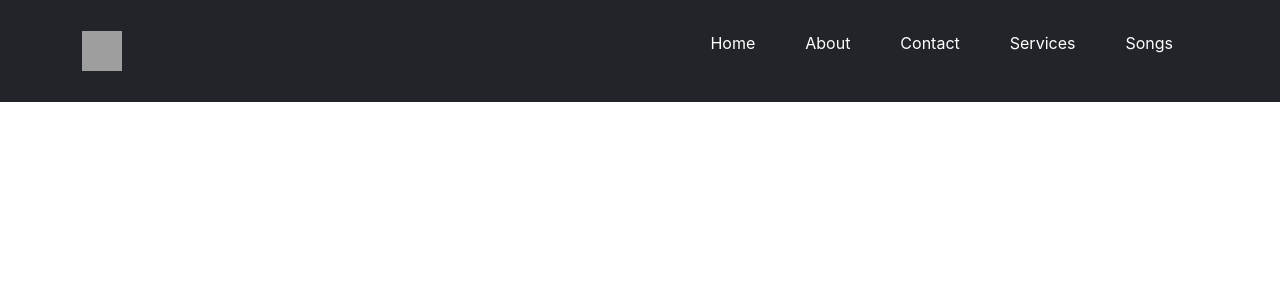
Repository: stephenkayade/cephas-musical
Page: / (app in cephas-musical/)
These files come from the project's save history. The page is drawn as it stood at one moment and after the next save; the edit follows.
The browser window is 1280 px wide. The pictures show the whole page.
Pictures or frames that could not be fetched are drawn as grey boxes. The project was rebuilt for these pictures with package versions that can differ from the ones it lists, and the page was loaded fresh each time. A package was used in the major version that the imports need, not the one package.json lists. Also part of the build but not shown: cephas-musical/src/components/Master.jsx.

Above is the page before, as saved 2021-03-09 05:05:11.

### cephas-musical/public/index.html
<!DOCTYPE html>
<html lang="en">
  <head>
    <meta charset="utf-8" />
    <link rel="icon" href="%PUBLIC_URL%/favicon.ico" />
    <meta name="viewport" content="width=device-width, initial-scale=1" />
    <meta name="theme-color" content="#000000" />
    <meta
      name="description"
      content="Web site created using create-react-app"
    />
    <link rel="apple-touch-icon" href="%PUBLIC_URL%/logo192.png" />
    <link rel="stylesheet" type="text/css" href="%PUBLIC_URL%/css/bootstrap.min.css">
    <link rel="stylesheet" type="text/css" href="%PUBLIC_URL%/css/custom.css">
    <!--
      manifest.json provides metadata used when your web app is installed on a
      user's mobile device or desktop. See https://developers.google.com/web/fundamentals/web-app-manifest/
    -->
    <link rel="manifest" href="%PUBLIC_URL%/manifest.json" />
    <!--
      Notice the use of %PUBLIC_URL% in the tags above.
      It will be replaced with the URL of the `public` folder during the build.
      Only files inside the `public` folder can be referenced from the HTML.

      Unlike "/favicon.ico" or "favicon.ico", "%PUBLIC_URL%/favicon.ico" will
      work correctly both with client-side routing and a non-root public URL.
      Learn how to configure a non-root public URL by running `npm run build`.
    -->
    <title>React App</title>
  </head>
  <body>
    <noscript>You need to enable JavaScript to run this app.</noscript>
    <div id="root"></div>
    <!--
      This HTML file is a template.
      If you open it directly in the browser, you will see an empty page.

      You can add webfonts, meta tags, or analytics to this file.
      The build step will place the bundled scripts into the <body> tag.

      To begin the development, run `npm start` or `yarn start`.
      To create a production bundle, use `npm run build` or `yarn build`.
    -->
  </body>
</html>

### cephas-musical/src/App.js
import React, { Suspense } from 'react'
import { BrowserRouter as Router, Switch, Route, Link } from "react-router-dom";
import Master from './components/Master';
import Home from './components/public/Home'
import { Ellipsis } from 'react-css-spinners'
const Homepage = React.lazy(() => import('./components/public/Home'));


const loading = () => {

  <div className="row" style={{ height: "100vh", width: "100%" }}>

    <div className="col-md-3 text-center mx-auto my-auto">
      {' '}
      <Ellipsis
        color="#2d3d4d"
        size={80}
      />
    </div>

  </div>


}

const App = () => {
  return (

      <Router>
        <Suspense fallback={loading}>

          <Switch>
            <Route path="/" component={Home} exact />
          </Switch>
          </Suspense>
      </Router>

  );
}

export default App;

### cephas-musical/src/components/public/Home.jsx
import React from 'react'
import Nav from '../partials/Nav'


const Home = () => {
    return(
        <>
            <Nav/>
        </>
    )
}

export default Home;

### cephas-musical/src/components/partials/Nav.jsx
import React from 'react';
import { BrowserRouter as Router, Switch, Route, Link } from 'react-router-dom';
import image from '../assets/cephas-logo.png'

import Navbox from './Navbox';

const Nav = () => {
    const Navlists = [
        {
            title: 'Home',
            LinkUrl: '/',
        },
        {
            title: 'About',
            LinkUrl: '/about',
        },
        {
            title: 'Contact',
            LinkUrl: '/contact',
        },
        {
            title: 'Services',
            LinkUrl: '/services',
        },
        {
            title: 'Songs',
            LinkUrl: '/songs',
        },
    ];
    return (
        <>
            <div className="container-fluid bg-dark p-3">
                <div className="navbar container d-flex align-items-center justify-content-between">
                    <img src={image} alt="logo image" className="logo-img" />
                    <ul className="d-flex navbox">
                        {Navlists.length > 0 ? (
                            Navlists.map((link) => (
                                <Navbox title={link.title} LinkUrl={link.LinkUrl} />
                            ))
                        ) : (
                                <>
                                    <div>populate with data</div>
                                </>
                            )}
                    </ul>
                </div>
            </div>
        </>
    );
};

export default Nav;

### cephas-musical/src/components/partials/Navbox.jsx
import React from 'react';
import {BrowserRouter as Router, Switch, Route, Link} from 'react-router-dom';

const Navbox = ({LinkUrl, title}) => {
  return (
    <>
      <div className="navbox">
        <li>
          <Link className="px-2 btn text-white" to={Link ? LinkUrl : null}>{title ? title : 'invalid'}</Link>
        </li>
      </div>
    </>
  );
};

export default Navbox;

### cephas-musical/public/css/custom.css
.navbox li {
    list-style: none;

    margin: 0 1rem;
}

.navbox li:hover {
    background: #333F4F;
    border-radius: 5px;
    -webkit-border-radius: 5px;
    -moz-border-radius: 5px;
    -ms-border-radius: 5px;
    -o-border-radius: 5px;
    transition: color 0.3s ease-in-out, background 0.7s ease-in-out;

}

.logo-img {
    height: 40px;
    width: 40px;
    image-rendering: 40px;
}

Loaded but not shown: cephas-musical/src/index.js (common file); cephas-musical/src/index.css (common file); cephas-musical/src/reportWebVitals.js (common file); cephas-musical/public/css/bootstrap.min.css (library)

After the next save:
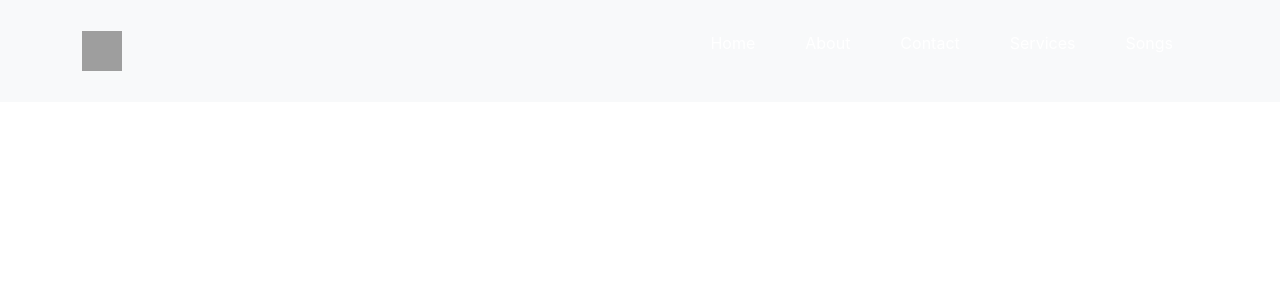
Saved 15 s later.
--- a/cephas-musical/src/components/partials/Nav.jsx
+++ b/cephas-musical/src/components/partials/Nav.jsx
@@ -29,7 +29,7 @@ const Nav = () => {
     ];
     return (
         <>
-            <div className="container-fluid bg-dark p-3">
+            <div className="container-fluid bg-light p-3">
                 <div className="navbar container d-flex align-items-center justify-content-between">
                     <img src={image} alt="logo image" className="logo-img" />
                     <ul className="d-flex navbox">
